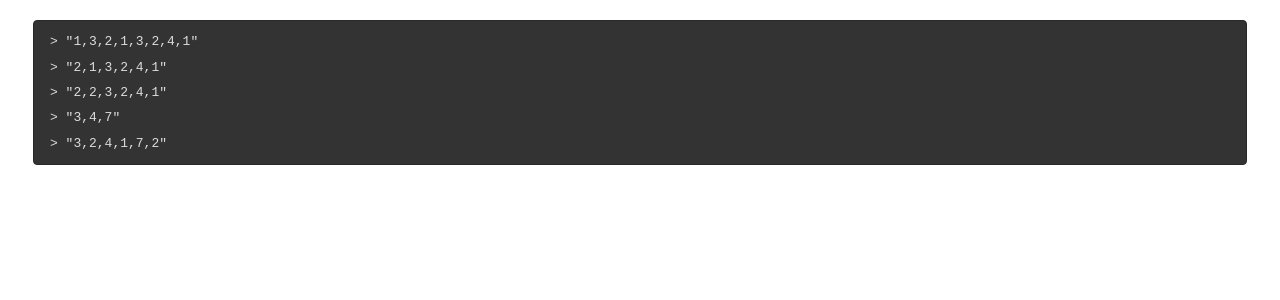
Repository: betaWeb/twicejs
Page: index.html
The author's editor kept a copy of each file at every save. The page is drawn from the files as they stood at one save, then again after the next save.
The browser window is 1280 px wide. The pictures show the whole page.

Above is the page before, as saved 2019-12-12 14:37:14.

After the next save:
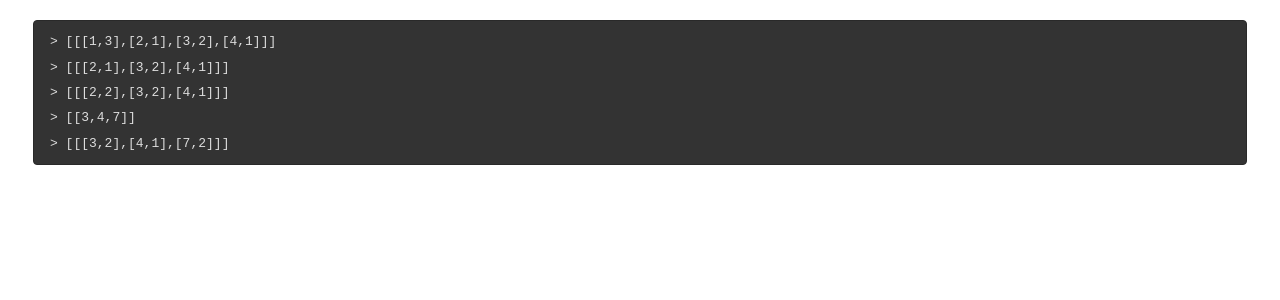
Saved 23 s later.
--- a/index.html
+++ b/index.html
@@ -42,10 +42,8 @@
         document.addEventListener('DOMContentLoaded', () => {
             const $pre = document.querySelector('#app .code')
             const print = function (...args) {
-                console.log(args)
-                const str = args.join(' ')
                 const $code = document.createElement('code')
-                $code.innerHTML = '> ' + JSON.stringify(str)
+                $code.innerHTML = '> ' + JSON.stringify(args)
                 $pre.appendChild($code)
             }
             let set = new window.TwiceJS
